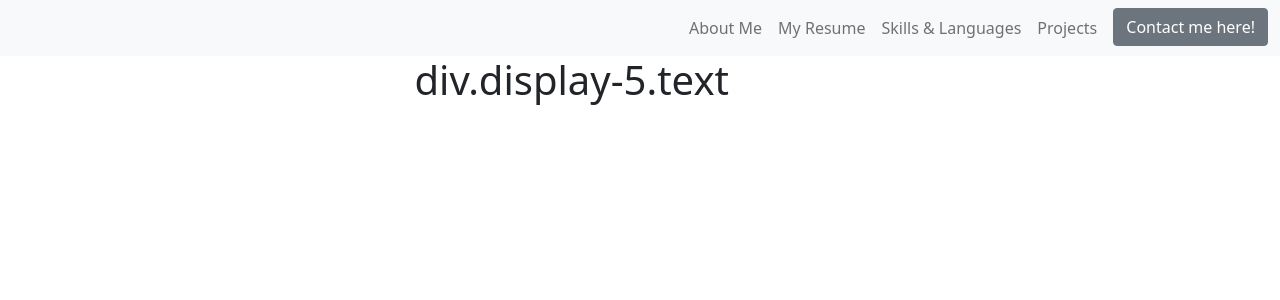
Repository: rihebtlh/portfolio
Page: new.html
These files come from the project's save history. The page is drawn as it stood at one moment and after a run of saves; the edit follows.
The browser window is 1280 px wide. The pictures show the whole page.

Above is the page before, as saved 2025-07-01 16:54:30.

After the next 2 saves:
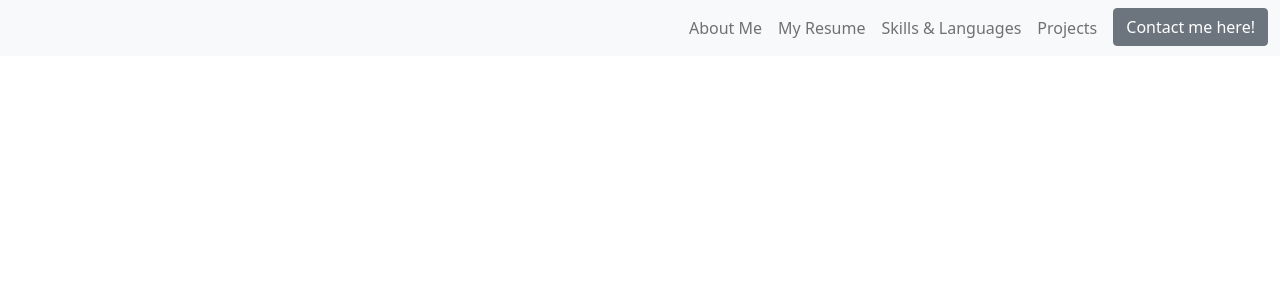
The 2 saves are shown as one change because they came seconds apart.
The last was saved 5 s later.
--- a/new.html
+++ b/new.html
@@ -48,7 +48,7 @@
             <div class="col-md-5 text-center text-md-start">
                 <h1>
                     <div class="display-2"></div>
-                    div.display-5.text
+                    <div class="display-5 text-muted"></div>
                 </h1>
             </div>
         </div>
